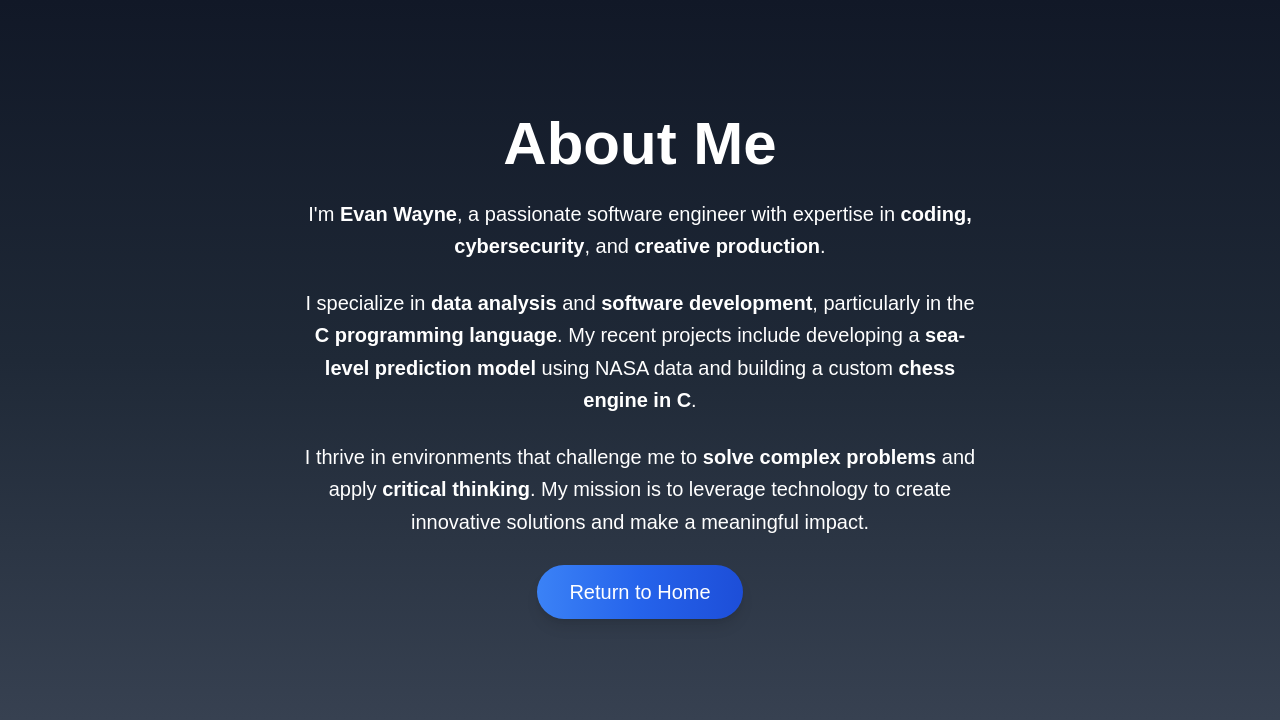
Repository: evnwyn/Evan-Wayne-s-Portfolio
Page: /about
An editor plug-in stored every save of this project. The page is shown before and after the next save, followed by the edit.
The browser window is 1280 px wide. The pictures show the whole page.
The project was rebuilt for these pictures with package versions that can differ from the ones it lists, and the page was loaded fresh each time. The framework's server and built-in components were replaced by stand-ins that run in the browser. Also part of the build but not shown: next.config.js.

Above is the page before, as saved 2024-10-09 21:14:37.

After the next save:
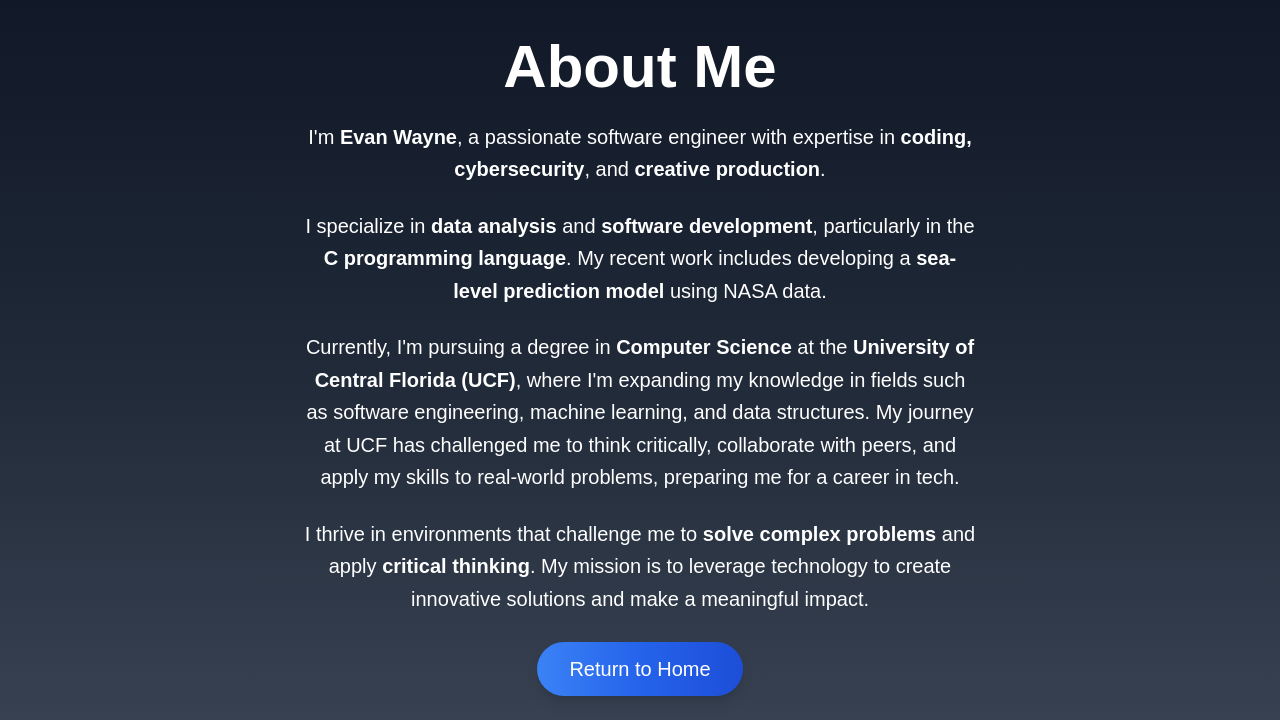
Saved 9 s later.
--- a/src/app/about/page.tsx
+++ b/src/app/about/page.tsx
@@ -14,7 +14,10 @@ export default function About() {
           I'm <span className="font-semibold">Evan Wayne</span>, a passionate software engineer with expertise in <span className="font-semibold">coding, cybersecurity</span>, and <span className="font-semibold">creative production</span>.
         </p>
         <p>
-          I specialize in <span className="font-semibold">data analysis</span> and <span className="font-semibold">software development</span>, particularly in the <span className="font-semibold">C programming language</span>. My recent projects include developing a <span className="font-semibold">sea-level prediction model</span> using NASA data and building a custom <span className="font-semibold">chess engine in C</span>.
+          I specialize in <span className="font-semibold">data analysis</span> and <span className="font-semibold">software development</span>, particularly in the <span className="font-semibold">C programming language</span>. My recent work includes developing a <span className="font-semibold">sea-level prediction model</span> using NASA data.
+        </p>
+        <p>
+          Currently, I'm pursuing a degree in <span className="font-semibold">Computer Science</span> at the <span className="font-semibold">University of Central Florida (UCF)</span>, where I'm expanding my knowledge in fields such as software engineering, machine learning, and data structures. My journey at UCF has challenged me to think critically, collaborate with peers, and apply my skills to real-world problems, preparing me for a career in tech.
         </p>
         <p>
           I thrive in environments that challenge me to <span className="font-semibold">solve complex problems</span> and apply <span className="font-semibold">critical thinking</span>. My mission is to leverage technology to create innovative solutions and make a meaningful impact.
